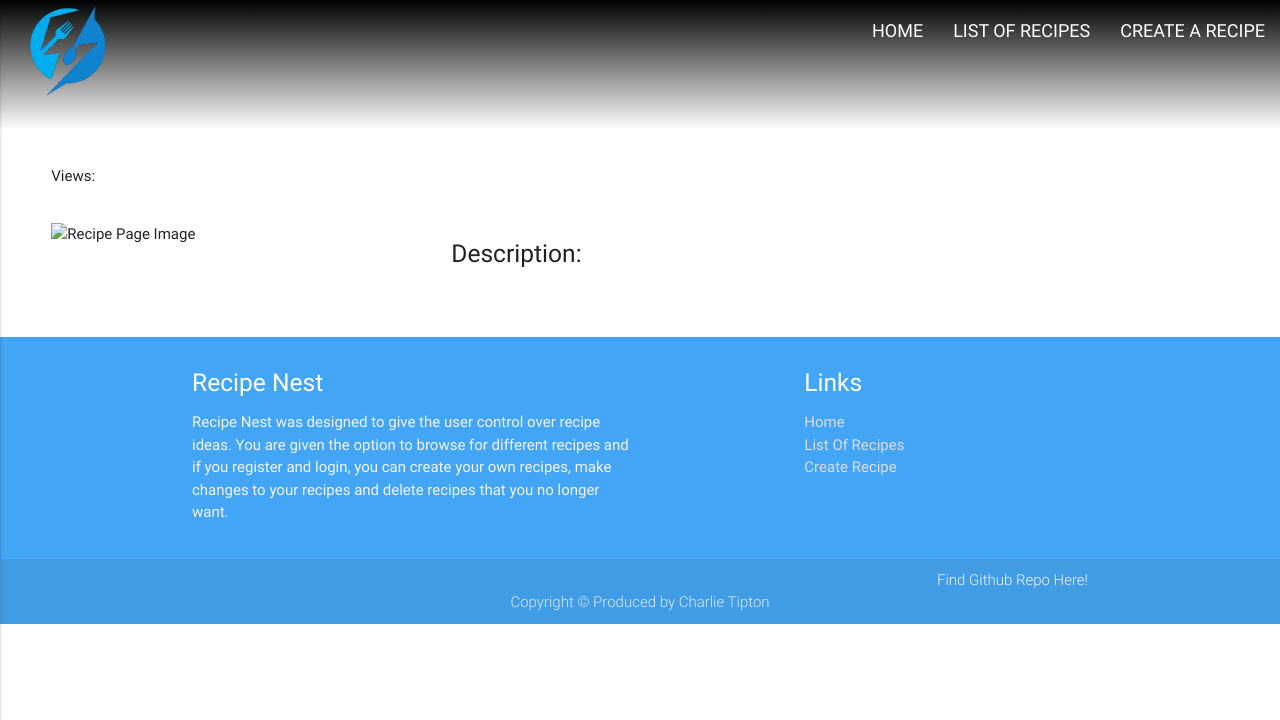
Repository: CharlieJT/Recipes
Page: templates/recipe.html
The author's editor kept a record of every edit. The page is drawn from the files as they stood at one moment, then again after the next edit.
The browser window is 1280 px wide. The pictures show the whole page.
Some web libraries are served in a nearby version. The page is served by the project's application, run on Flask 3 (app.py). The template is opened directly, without the code that normally fills it, so the values that code supplies are empty.

Above is the page before.

### templates/recipe.html
{% extends 'base.html' %} {% block content %}

<div class="container-fluid recipe-container-heading">
    <div class="row">
        <div class="col recipe-container-column">
            <div class="main-recipe-section" />
        </div>
    </div>
</div>

<section>

    <div class="container-fluid recipe-page-container">
        <div class="row">
            <div class="col">
                <p>Views: {{ recipe.views }}</p>
            </div>
        </div>
        <div class="row">
            <div class="col s12 l4">
                <img class="recipe-page-image" src="{{recipe.recipe_image_url}}" alt="Recipe Page Image" />
            </div>
            <div class="col s12 l8">
                <h4>{{ recipe.recipe_name.upper() }}</h4>
                <h5>Description:</h5>
                <p>{{ recipe.recipe_description }}</p>

            </div>
        </div>
        <div class="row">
            <div class="col s12 l6">
                <ul>

                    {% for i in recipe.recipe_ingredients.split('.') %}
                    <li>{{ i }}.</li>
                    {% endfor %}
                </ul>
            </div>
            <div class="col s12 l6">
                <ul>
                    {% for recipe_instruction in recipe.recipe_instructions.split('.') %}
                    <li>{{ recipe_instruction }}.</li>
                    {% endfor %}
                </ul>
            </div>
        </div>
    </div>


</section>

{% endblock %}

### templates/base.html
<!DOCTYPE html>
<html>

<head>
    <!--Import Google Icon Font-->
    <link href="https://fonts.googleapis.com/icon?family=Material+Icons" rel="stylesheet">

    <!--Import materialize.css-->
    <link rel="stylesheet" href="https://cdnjs.cloudflare.com/ajax/libs/materialize/0.100.2/css/materialize.min.css">

    <!-- Exteral styles -->
    <link rel="stylesheet" href="{{url_for('static', filename='css/base.css')}}" type="text/css" />
    <link rel="stylesheet" href="{{url_for('static', filename='css/index.css')}}" type="text/css" />
    <link rel="stylesheet" href="{{url_for('static', filename='css/recipe-listing.css')}}" type="text/css" />
    <link href="https://fonts.googleapis.com/icon?family=Material+Icons" rel="stylesheet">

    <!-- Favicon -->
    <link rel="icon" href="{{ url_for('static', filename='/images/favicon.ico') }}" type="image/x-icon" />

    <!--Let browser know website is optimized for mobile-->
    <meta name="viewport" content="width=device-width, initial-scale=1.0" />

    <title>Recipe Nest - {{ title }}</title>
</head>

<body>
    <!-- Main Navbar -->
    <nav class="navbar-container N/A transparent">
        <div class="nav-wrapper">
            <a href="{{ url_for('index') }}" id="recipes-logo">
                <img class="recipe-logo-image" src="static/images/recipe-nest.png" alt="Recipes Logo"/>
            </a>
            <a href="#" data-activates="mobile-demo" class="button-collapse"><i class="material-icons">menu</i></a>
            <ul id="nav-mobile" class="right hide-on-med-and-down navbar-listing">
                <li class="tab"><a class="nav-link" href="{{ url_for('index') }}">Home</a></li>
                <li class="tab"><a class="nav-link" href="{{ url_for('recipe_listing') }}">List of Recipes</a></li>
                <li class="tab"><a class="nav-link" href="#test3">Create a Recipe</a></li>
            </ul>
        </div>
    </nav>
    <ul class="side-nav" id="mobile-demo">
        <li class="tab"><a class="active" href="{{ url_for('index') }}">Home</a></li>
        <li class="tab"><a href="{{ url_for('recipe_listing') }}">List of Recipes</a></li>
        <li class="tab"><a href="#test3">Create a Recipe</a></li>
    </ul>

    {% block content %} {% endblock %}

    <!-- Footer -->
    <footer class="page-footer blue lighten-1">
        <div class="container">
            <div class="row">
                <div class="col l6 s12">
                    <h5 class="white-text">Recipe Nest</h5>
                    <p class="grey-text text-lighten-4"></p>
                    <p class="grey-text text-lighten-4">Recipe Nest was designed to give the user control over recipe ideas. You are given the option to browse for different recipes and if you register and login, you can create your own recipes, make changes to your recipes and delete recipes
                        that you no longer want.</p>
                </div>
                <div class="col l4 offset-l2 s12">
                    <h5 class="white-text">Links</h5>
                    <ul class="footer-links">
                        <li><a class="pages-footer-link" href="{{ url_for('index') }}">Home</a></li>
                        <li><a class="pages-footer-link" href="{{ url_for('recipe_listing') }}">List Of Recipes</a></li>
                        <li><a class="pages-footer-link" href="#!">Create Recipe</a></li>
                    </ul>
                </div>
            </div>
        </div>
        <div class="footer-copyright">
            <div class="container">
                <a class="grey-text text-lighten-4 right" href="https://github.com/CharlieJT/Repices" target="_blank">Find Github Repo Here!</a>
                <div class="footer-bottom">Copyright © Produced by Charlie Tipton</div>
            </div>
        </div>
    </footer>

    <!-- Back to top icon -->
    <a href="#" class="to-top"></a>

    <script src="https://cdnjs.cloudflare.com/ajax/libs/jquery/3.2.1/jquery.min.js"></script>
    <script src="https://cdnjs.cloudflare.com/ajax/libs/materialize/0.100.2/js/materialize.min.js"></script>
    <script src="{{url_for('static', filename='js/script.js')}}"></script>
</body>

</html>

### app.py
import os
from flask import Flask, render_template, redirect, url_for, request
from flask_pymongo import PyMongo, DESCENDING
from bson.objectid import ObjectId

app = Flask(__name__)

app.config["MONGO_DBNAME"] = 'myRecipes'
app.config['MONGO_URI'] = os.environ.get("MONGO_URI")

mongo = PyMongo(app)

@app.route('/')
@app.route('/index')
def index():
    recipes=mongo.db.recipes.find().sort([('views-per-page', DESCENDING)]).limit(3)
    return render_template('index.html', title="Home", recipes=recipes)


@app.route('/recipe-listing')
def recipe_listing():
    recipes=mongo.db.recipes.find()
    return render_template('recipe-listing.html', title="Recipes", recipes=recipes)


@app.route('/recipe/<recipe_id>')
def recipe(recipe_id):
    """Shows full recipe and increments view"""
    mongo.db.recipes.find_one_and_update(
        {'_id': ObjectId(recipe_id)},
        {'$inc': {'views': 1}}
    )
    recipe_ingredients = mongo.db.recipes.recipe_ingredients.find_one()
    recipe = mongo.db.recipes.find_one_or_404({'_id': ObjectId(recipe_id)})
    return render_template('recipe.html', recipe=recipe )


if __name__ == '__main__':
    app.run(host=os.environ.get('IP'),
            port=int(os.environ.get('PORT')),
            debug=True)

### static/css/base.css
/* ---------- Home Page Cards ----------*/

html {
    scroll-behavior: smooth;
}

.recipe-card {
    background-color: #fff;
    padding: 20px;
    margin: 6em 2em;
    border-radius: 10px;
    text-align: center;
}

.recipe-image {
    display: flex;
    justify-content: center;
    width: 100%;
    border-radius: 10px;
    margin: auto;
}

.recipe-view-more-button {
    display: flex;
    justify-content: center;
    width: 100%;
}

/* ---------- Main Nav Bar ----------*/

.navbar-container {
    position: fixed;
    box-shadow: none;
    height: 64px;
    line-height: 64px;
    transition: background-color 0.3s ease-in, box-shadow 0.3s ease-in;
    z-index: 1000;
}

.logo-image {
    background: url(../images/main-logo-image.png);
}

#recipes-logo {
    float: right;
}

.recipe-logo-image {
    width: 95px;
    transition: width 0.15s ease-in;
    margin: 10px 20px 0;
}

.brand-logo {
    right: 3 !important;
}

.tabs {
    height: 64px;
}

.tab a {
    font-size: 1.2em !important;
    text-transform: uppercase;
}

.tab {
    line-height: 61px !important;
}

.navbar-listing .active {
    background-color: transparent;
    border-bottom: 3px solid #fff;
}

.side-nav {
    padding: 64px 0 0 0;
    z-index: 10000;
}

/* ---------- Footer ----------*/

.footer-bottom {
    clear: both;
    text-align: center;
}

.footer-links a {
    color: #ddd;
}

.footer-links .active a {
    color: #fff;
}

/* ---------- Back to top icon ----------*/

.to-top {
	color :white;
	padding-top: 1.8em;
	display: inline-block;/* or block */
	position: fixed;
	bottom: 30px;
    right: 45px;
	text-decoration:none;
	transition:all .3s ease-out;
	opacity: 0;
	z-index: 1000;
}

.to-top:before {
	content: url(../images/chevron-up.png);
    font-size: 1.9em;
	position: absolute;
	text-align: center;
	background-color: #00000050;
	top: 0;
	left: 50%;
	margin-left:-.7em;
	border:solid .13em white;
	border-radius: 10em;
	width: 1.6em;
	height: 1.6em;
	line-height: 1.3em;
	border-color: inherit;
	transition: transform .5s ease-in;
}
.to-top:hover {
	border-color: #42a5f5;
}
.to-top:hover:before {
    content: url(../images/chevron-up-blue.png);
	transform: rotate(360deg);
}

/* ---------- Media Queries ----------*/

@media only screen and (min-width: 480px) {
    section {
        width: 480px;
        margin: auto;
    }
}

@media only screen and (min-width: 768px) {
    section {
        width: 768px;
        margin: auto;
    }
}

@media only screen and (min-width: 992px) {
    section {
        width: 992px;
        margin: auto;
    }
    #recipes-logo {
        float: left;
    }
}



@media only screen and (min-width: 1200px) {
    section {
        width: 1200px;
        margin: auto;
    }
}

### static/css/index.css
/* ---------- Main Image ----------*/

.title-container {
    display: flex;
    align-items: center;
    height: 100vh;
    color: #fff;
}

.main-heading-column {
    background-color: #000000a6;
    border-radius: 10px;
}

.title-container .row {
    opacity: 0;
    filter: blur(100px);
    animation: FadeInGreeting 1.5s 1s forwards ease-in-out;
}

.title-container h1 {
    text-align: center;
    font-size: 2.4rem;
}

.search-button {
    display: flex;
    justify-content: center;
}

.down-arrow-link {
    color: white;
}

.down-arrow {
    display: flex !important;
    position: absolute;
    left: 49vw;
    right: 50vw;
    font-size: 3.7rem !important;
    justify-content: center;
    animation: scrollDown 0.4s alternate-reverse infinite cubic-bezier(1,-0.01, 0.79, 0.54);
}

.main-image-container {
    background: url(../images/recipe-nest-main-image.png) fixed center center no-repeat;
    height: 100%;
}

.main-recipe-images-column {
    padding: 0 !important;
}

main-recipe-images-column {
    height: 80vh;
}

.opaque-background {
    background-color: #00000061;
}

/* label color */

.recipe-label {
    color: #fff;
}

/* label focus color */

.input-field input[type=text]:focus+label {
    color: #fff;
}

/* label underline focus color */

.input-field input[type=text]:focus {
    border-bottom: 1px solid #fff;
    box-shadow: 0 1px 0 0 #000;
}

/* valid color */

.input-field input[type=text].valid {
    border-bottom: 1px solid #fff;
    box-shadow: 0 1px 0 0 #fff;
}

/* invalid color */

.input-field input[type=text].invalid {
    border-bottom: 1px solid #fff;
    box-shadow: 0 1px 0 0 #fff;
}

/* label focus color */

.input-field input:focus+label {
    color: #42a5f5 !important;
}

/* label underline focus color */

.row .input-field input:focus {
    border-bottom: 1px solid #42a5f5 !important;
    box-shadow: 0 1px 0 0 #42a5f5 !important;
}

.recipe-search-bar:focus {
    border-bottom: 1px solid #42a5f5 !important;
    -webkit-box-shadow: 0 1px 0 0 #26a69a !important;
    box-shadow: 0 1px 0 0 #42a5f5 !important;
}

/* ---------- Recipe Cards ----------*/

#recipe-container-main {
    background-color: #fff;
}

.down-arrow {
    position: absolute;
    left: 50%;
}

.card-surrounding {
    max-width: 265px;
    margin: auto;
}

.card {
    margin: 2.5rem 0 2.5rem 0;
}

.recipe-image {
    padding: 10px;
    border-radius: 15px !important;
}

.most-viewed-divider {
    width: 150px;
}

.mostly-viewed-heading-column {
    margin: 60px;
    margin: 5.5rem auto 1.5rem;
}

.mostly-viewed-heading-column h5 {
    text-align: center;
    margin: auto;
}

#recipe-container-main .row {
    margin: 0;
}

#recipe-container-main .col {
    padding: 0 2.75rem;
}

.recipe-name,
.recipe-close {
    position: relative;
    width: 100%;
    font-size: 1.1rem !important;
    font-weight: 400 !important;
}

.recipe-name i {
    top: 0;
    right: -15px;
}

.recipe-close i {
    position: absolute;
    right: 0;
    top: 0;
    margin-top: 30px;
    margin-right: 12px;
}

.card-title-spacer {
    display: flex;
    height: 120px;
}

.more-info {
    position: absolute;
}

.button-container {
    display: flex;
    justify-content: center;
    width: 100%;
}

/* ---------- Media Queries ----------*/

@media only screen and (min-width: 992px) {
    .recipe-row {
        width: 992px;
        margin: auto !important;
    }
    .title-container h1 {
        font-size: 3rem;
    }
}

@media only screen and (min-width: 1050px) {
    .main-image-container {
        background-size: 100%;
    }
}

@media only screen and (min-width: 1200px) {
    .recipe-row {
        width: 1200px;
        margin: auto !important;
    }
}



/* ---------- Keyframes (Animations) ----------*/

@-webkit-keyframes scrollDown {
    from {
        margin-top: 0;
    }
    to {
        margin-top: 8px;
    }
}

@keyframes scrollDown {
    from {
        margin-top: 0;
    }
    to {
        margin-top: 8px;
    }
}

@-webkit-keyframes FadeInGreeting {
    from {
        opacity: 0;
    }
    to {
        opacity: 1;
    }
}

@keyframes FadeInGreeting {
    from {
        opacity: 0;
        filter: blur(100px);
    }
    to {

        opacity: 1;
        filter: blur(0px);
    }
}

### static/css/recipe-listing.css
.recipe-container-heading .recipe-container-column {
    background: linear-gradient(#000, #fff);
    height: 130px;
    width: 100%;
}

.recipe-listing-column {
    margin: 60px;
    margin: 1.5rem auto 1.5rem;
    text-align: center;
}

.search-recipe-listing-label {
    color: #000;
}

### static/js/script.js
/*
Whatever code is written inside the JQuery ready method will run once the page Document Object Modal (DOM)
is ready to execute JavaScript code.
*/

$(document).ready(() => {
    // This is the jquery that gives the mobile burger icon the ability to toggle the mobile sidedrawer
    $('.button-collapse').sideNav();
    $('input#input_text, textarea#textarea2').characterCounter();
    // Will check to see if the window has been scrolled 50px from the top
    $(window).scroll(() => {
        const joinedNATransparent = ['N/A', 'transparent'].join(' ');
        if ($(document).scrollTop() > 50) {
            $(".navbar-container").removeClass(joinedNATransparent).css('background-color', '#000000a3');
            $(".recipe-logo-image").css({ 'width': '66px', 'margin-top': '0px' });
            $('.to-top').css('opacity', '1');
        }
        else {
            $(".navbar-container").addClass(joinedNATransparent);
            $(".recipe-logo-image").css({ 'width': '95px', 'margin-top': '5px' });
            $('.to-top').css('opacity', '0');
        }
    });
    $('li.active').removeClass('active');
    $('a[href="' + location.pathname + '"]').closest('li').addClass('active');
});

After the next edit:
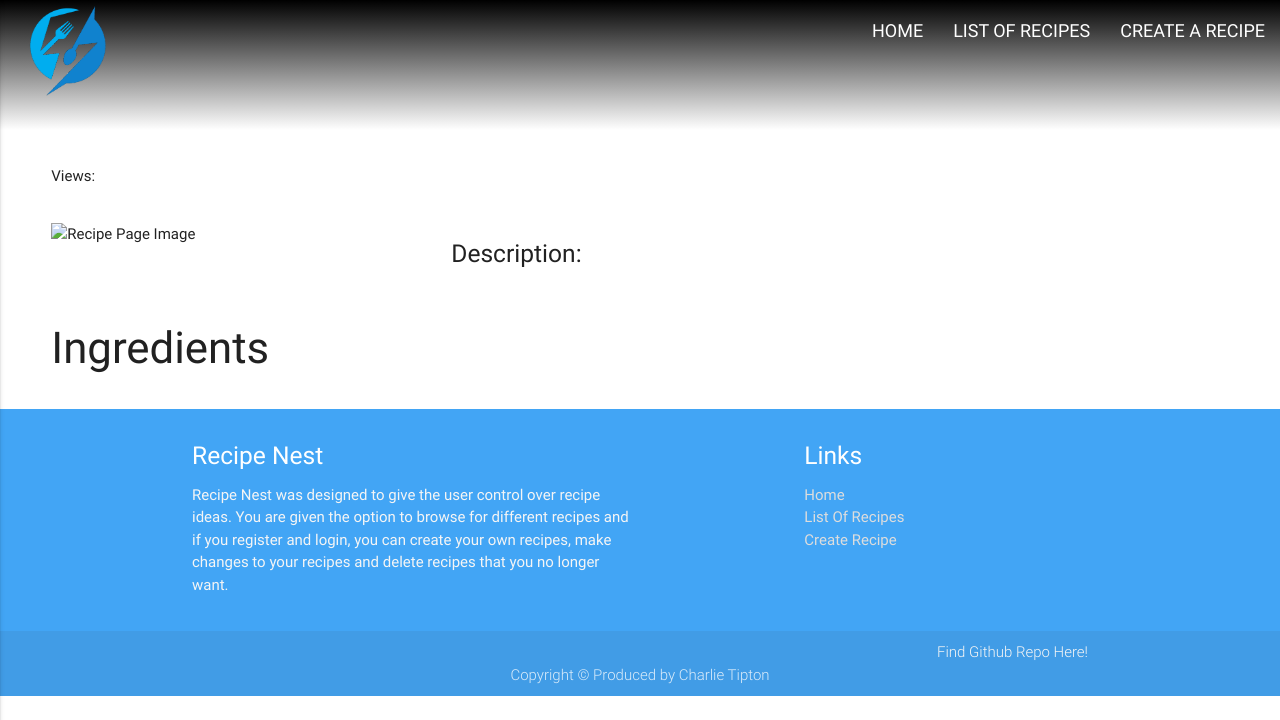
The edit:
--- a/templates/recipe.html
+++ b/templates/recipe.html
@@ -29,8 +29,8 @@
         </div>
         <div class="row">
             <div class="col s12 l6">
+                <h3>Ingredients</h3>
                 <ul>
-
                     {% for i in recipe.recipe_ingredients.split('.') %}
                     <li>{{ i }}.</li>
                     {% endfor %}
